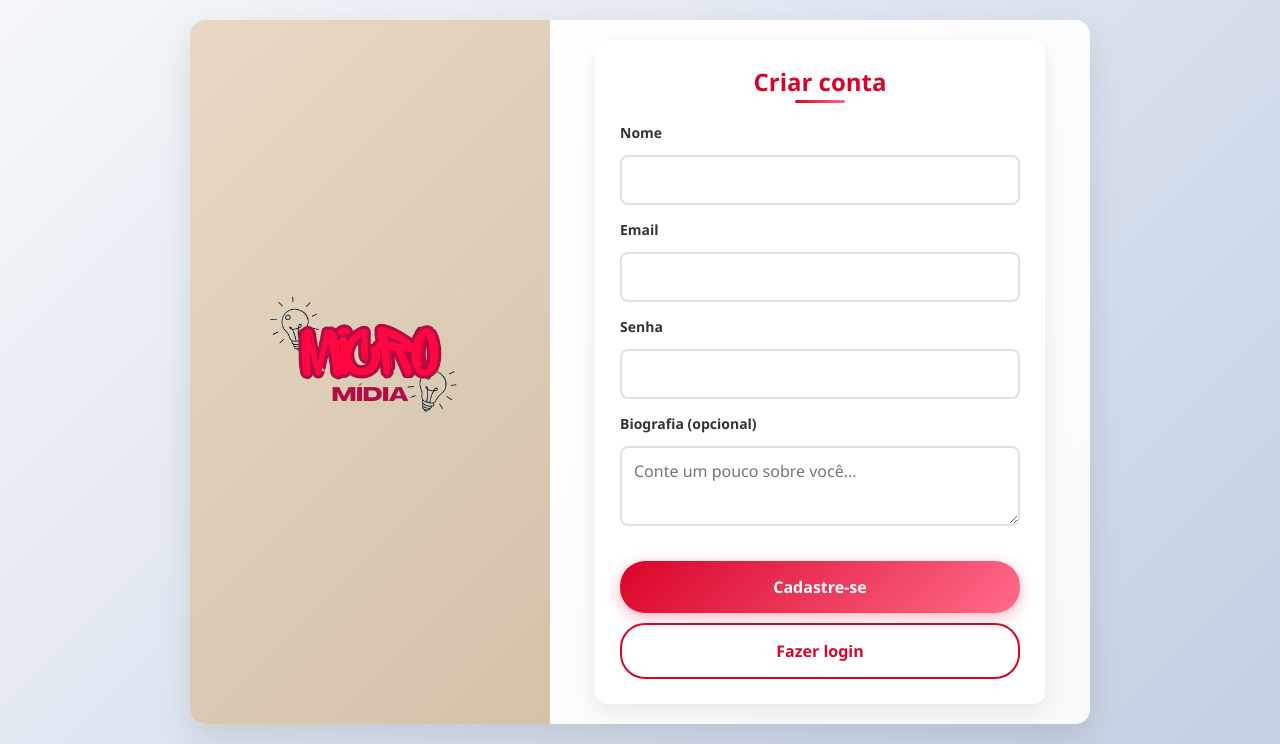
Repository: annaluizapm/MicroMidia
Page: front/HTML/cadastro.html
An editor plug-in stored every save of this project. The page is shown before and after the next save, followed by the edit.
The browser window is 1280 px wide. The pictures show the whole page.

Above is the page before, as saved 2025-08-14 11:21:00.

After the next save:
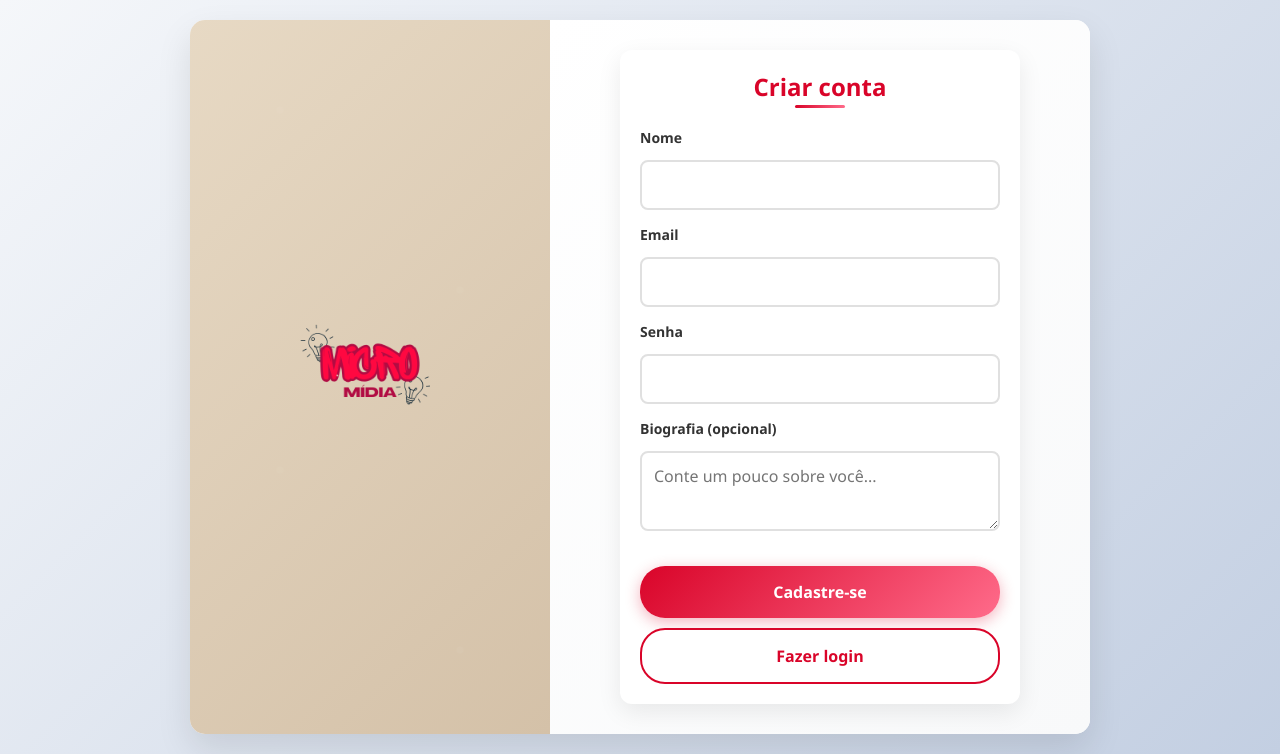
Saved 12 s later.
--- a/front/CSS/logincadastro.css
+++ b/front/CSS/logincadastro.css
@@ -58,7 +58,8 @@
 }
 
 .left img {
-    width: 80%;
+    width: 75%;
+    max-width: 200px;
     position: relative;
     z-index: 1;
     transition: transform 0.3s ease;
@@ -74,12 +75,14 @@
     justify-content: center;
     align-items: center;
     background: linear-gradient(135deg, #ffffff 0%, #f8f9fa 100%);
-    padding: 20px;
+    padding: 30px 20px;
+    overflow-y: auto;
 }
 
 .login-box {
-    width: 90%;
-    padding: 25px;
+    width: 100%;
+    max-width: 400px;
+    padding: 20px;
     text-align: center;
     border-radius: 12px;
     box-shadow: 0 8px 25px rgba(0, 0, 0, 0.08);
